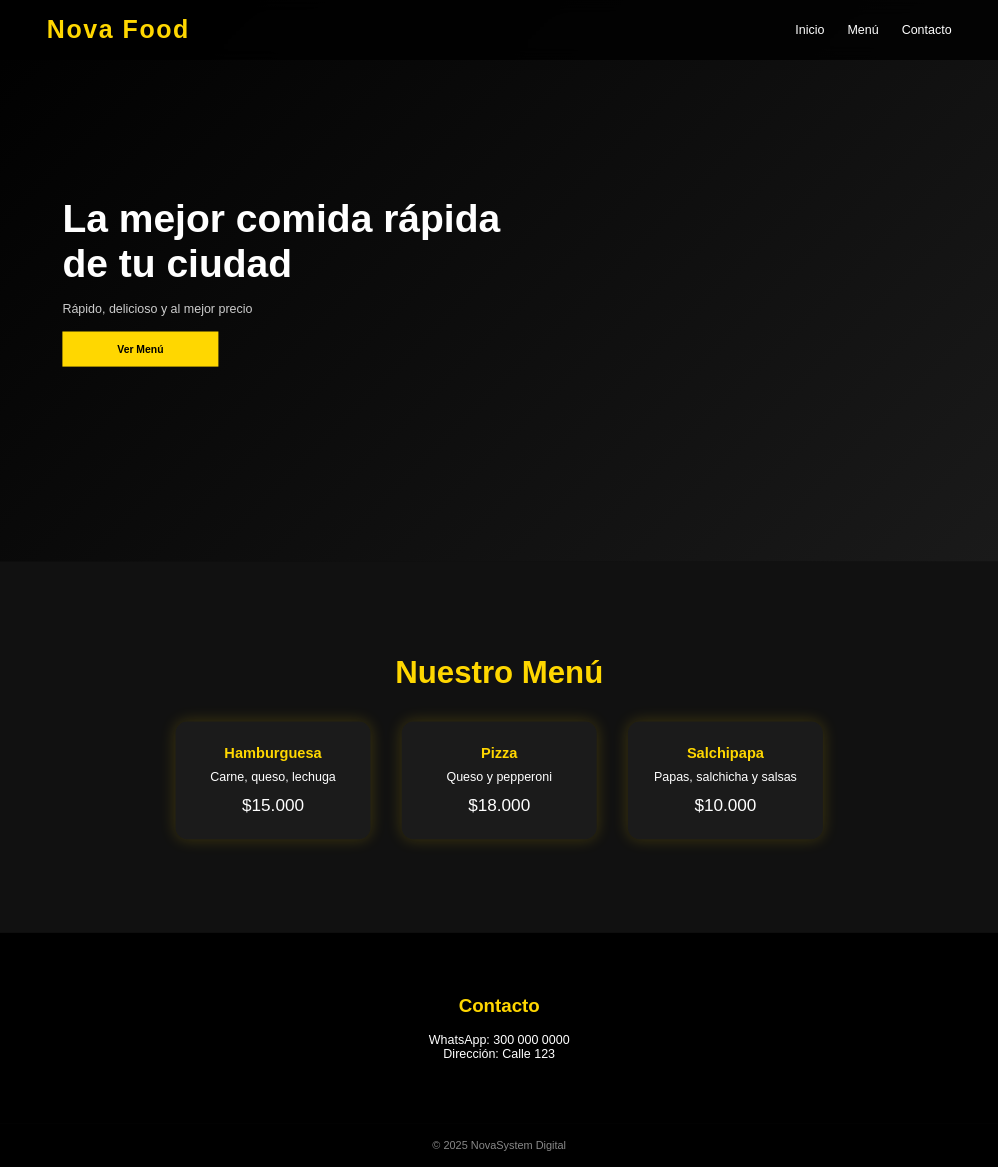
Repository: NovaSystem-DG/Restaurante-web
Page: html/index.html
The author's editor kept a copy of each file at every save. The page is drawn from the files as they stood at one save, then again after a run of saves.
The browser window is 1280 px wide. The pictures show the whole page, at 78% of full size.

Above is the page before, as saved 2025-12-07 19:02:55.

After the next 4 saves:
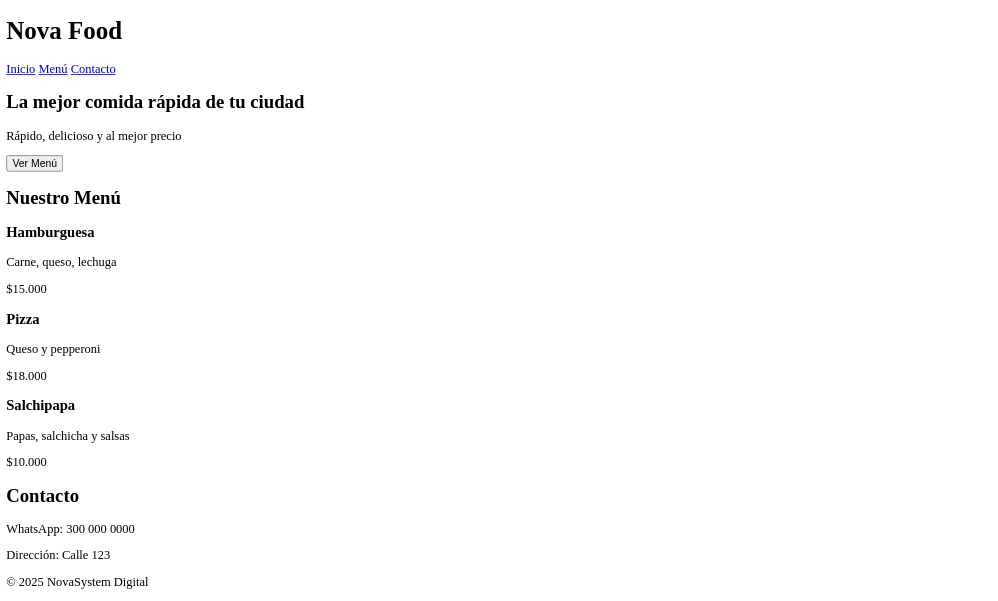
Not found: html/css/style.css
The 4 saves are shown as one change because they came seconds apart.
The last was saved 11 min 24 s later.
--- a/html/index.html
+++ b/html/index.html
@@ -4,7 +4,7 @@
 <head>
     <meta charset="UTF-8">
     <title>Nova Food</title>
-    <link rel="stylesheet" href="/style.css/style.css">
+    <link rel="stylesheet" href="css/style.css">
 </head>
 
 <body>

After the save that followed:
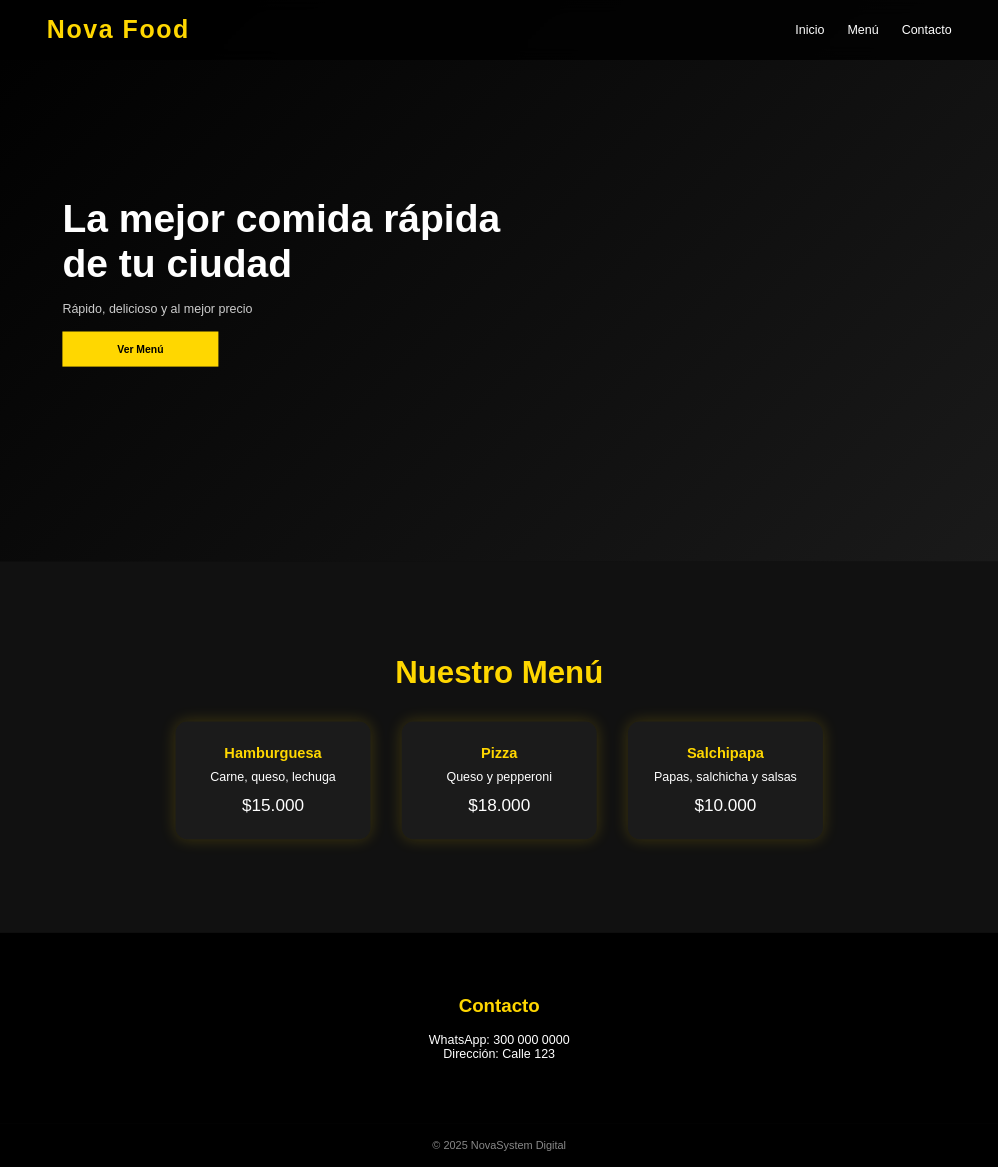
Saved 104 s later.
--- a/html/index.html
+++ b/html/index.html
@@ -4,7 +4,7 @@
 <head>
     <meta charset="UTF-8">
     <title>Nova Food</title>
-    <link rel="stylesheet" href="css/style.css">
+    <link rel="stylesheet" href="/css/style.css">
 </head>
 
 <body>
